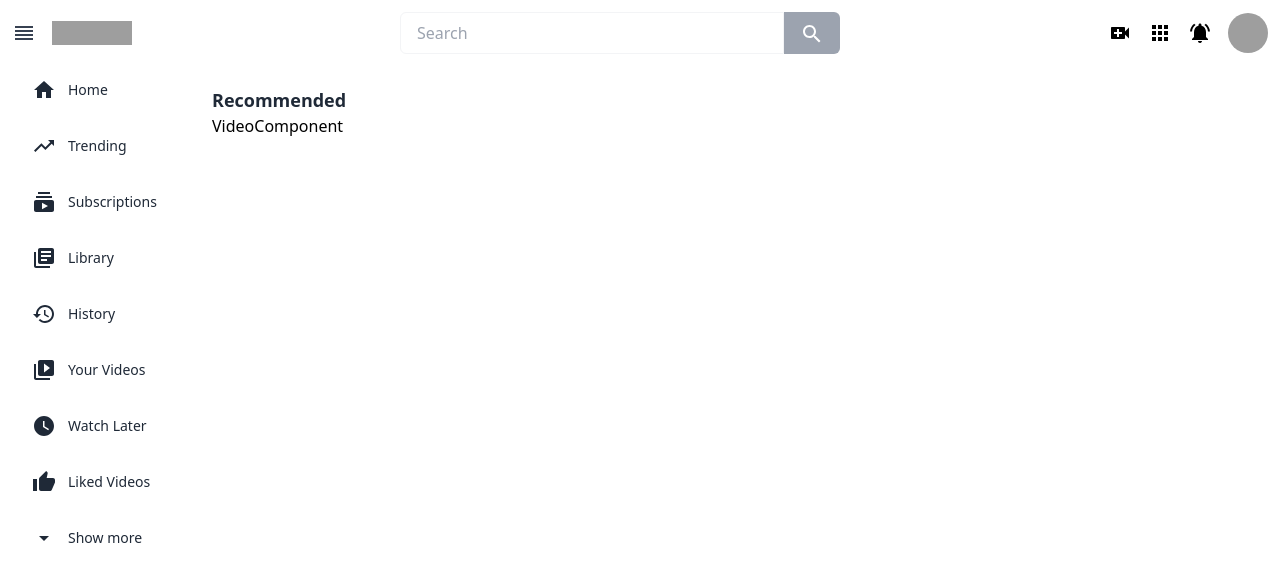
Repository: Shamraiz761/Youtube-clone
Page: /
These files come from the project's save history. The page is drawn as it stood at one moment and after a run of saves; the edit follows.
The browser window is 1280 px wide. The pictures show the whole page.
Pictures or frames that could not be fetched are drawn as grey boxes. The project was rebuilt for these pictures with package versions that can differ from the ones it lists, and the page was loaded fresh each time. Also part of the build but not shown: vite.config.js.

Above is the page before, as saved 2024-01-19 22:28:12.

### src/App.jsx

import React from 'react';
import Home from './pages/home/Home';
function App() {
  return (
    <div>
      <Home />
    </div>
  );
}

export default App;

### src/pages/home/Home.jsx
import React from "react";
import Navbar from "../../components/header/Navbar";
import Sidebar from "../../components/sidebar/Sidebar";
import RecommendedVideo from "../../components/video/RecommendedVideo";

function Home() {
  return (
    <div>
      <Navbar />
      <div className="flex">
      <Sidebar />
      <RecommendedVideo />
      </div>
    </div>
  );
}

export default Home;

### src/components/header/Navbar.jsx
import React from "react";
import ReorderIcon from "@material-ui/icons/Reorder";
import VideoCallIcon from "@material-ui/icons/VideoCall";
import AppsIcon from "@material-ui/icons/Apps";
import NotificationsActiveIcon from "@material-ui/icons/NotificationsActive";
import SearchIcon from '@material-ui/icons/Search';
const Navbar = () => {
  return (
    <nav className="p-3 sticky top-0 z-96 bg-white">
      <div className="container mx-auto flex flex-wrap justify-between items-center">
        {/* Logo */}
        <div className="text-white font-bold text-xl flex items-center flex-row">
          <ReorderIcon className="mr-4 size-5 text-gray-700 " />
          <img
            className="w-10 h-4 sm:w-20 sm:h-6"
            src="https://upload.wikimedia.org/wikipedia/commons/thumb/e/e1/Logo_of_YouTube_%282015-2017%29.svg/2560px-Logo_of_YouTube_%282015-2017%29.svg.png"
          />
        </div>

        {/* Search bar */}
        <div className="flex items-center">
          <input
            type="text"
            placeholder="Search"
            className="p-1 md:px-4 md:py-2 rounded-l-md border border-gray-100 focus:outline-none w-32 md:w-96"
          />
          <button className="bg-gray-400 p-1  md:px-4 md:py-2 rounded-r-md text-white">
            <SearchIcon />
          </button>
        </div>

        {/* User profile */}
        <div className="flex items-center flex-row space-x-2 md:space-x-4">
          <VideoCallIcon />
          <AppsIcon />
          <NotificationsActiveIcon />
          <img
          className="w-10 h-10 rounded-full"
          src="https://encrypted-tbn0.gstatic.com/images?q=tbn:ANd9GcT5e22dr8y5uGoiuiPB5wwHR3v8v43srFH0SUokZVWJug&s" />
        </div>
      </div>
    </nav>
  );
};

export default Navbar;

### src/components/sidebar/Sidebar.jsx
import TrendingUpIcon from '@material-ui/icons/TrendingUp';
import History from '@material-ui/icons/History';
import SubscriptionsIcon from '@material-ui/icons/Subscriptions';
import Home from '@material-ui/icons/Home';
import { Link } from 'react-router-dom';
import LibraryBooksIcon from '@material-ui/icons/LibraryBooks';
import VideoLibraryIcon from '@material-ui/icons/VideoLibrary';
import WatchLaterIcon from '@material-ui/icons/WatchLater';
import ThumbUpIcon from '@material-ui/icons/ThumbUp';
import ArrowDropDownIcon from '@material-ui/icons/ArrowDropDown';
import React from 'react';

const Sidebar = () => {
    const data = [
        {
            id: 1,
            title: 'Home',
            icon: <Home className='mr-3 hover:text-red-600'/>,
        },
        {
            id: 2,
            title: 'Trending',
            icon: <TrendingUpIcon className='mr-3 hover:text-red-600'/>,
        },
        {
            id: 3,
            title: 'Subscriptions',
            icon: <SubscriptionsIcon className='mr-3 hover:text-red-600'/>,
        },
        {
            id: 4,
            title: 'Library',
            icon: <LibraryBooksIcon className='mr-3 hover:text-red-600'/>,
        },
        {
            id: 5,
            title: 'History',
            icon: <History className='mr-3 hover:text-red-600'/>,
        },
        {
            id: 6,
            title: 'Your Videos',
            icon: <VideoLibraryIcon className='mr-3 hover:text-red-600'/>,
        },
        {
            id: 7,
            title: 'Watch Later',
            icon: <WatchLaterIcon className='mr-3 hover:text-red-600'/>,
        },
        {
            id: 8,
            title: 'Liked Videos',
            icon: <ThumbUpIcon className='mr-3 hover:text-red-600'/>,
        },
        {
            id: 9,
            title: 'Show more',
            icon: <ArrowDropDownIcon className='mr-3 hover:text-red-600'/>,
        },

    ]
  return (
    <div className="text-gray-800 bg-white w-48 flex flex-col h-[89vh]">

      <div className="flex-grow">
        <ul className="space-y-2 overflow-auto ">
            {
                data.map((item) => (

                        <li className={`pl-8 py-3 hover:bg-gray-200 hover:text-red-600 cursor-pointer flex items-center text-sm font-medium `}>

                            {item.icon}
                            {item.title}
                        </li>

                ))
            }

        </ul>
      </div>


    </div>
  );
};

export default Sidebar;

### src/components/video/RecommendedVideo.jsx
import React from 'react'
import VideoComponent from './VideoComponent'

function RecommendedVideo() {
  return (
    <div className='m-5 '>
      <h1 className='text-lg font-semibold text-gray-800'> Recommended</h1>
      <div className='grid grid-cols-1  md:grid-cols-4 gap-4 mt-'>
<VideoComponent />
      </div>
    </div>
  )
}

export default RecommendedVideo

### src/components/video/VideoComponent.jsx
import React from 'react'

function VideoComponent() {
  return (
    <div>VideoComponent</div>
  )
}

export default VideoComponent

Loaded but not shown: index.html (common file); src/main.jsx (common file); src/index.css (common file); tailwind.config.js (common file)

After the next 2 saves:
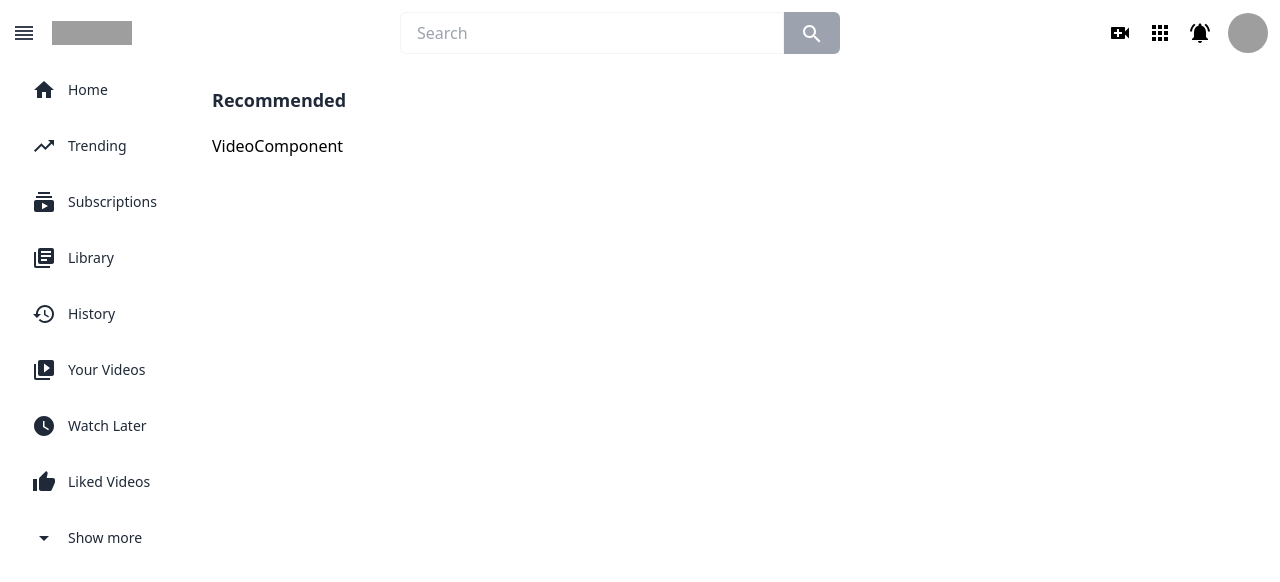
The 2 saves are shown as one change because they came seconds apart.
The last was saved 6 s later.
--- a/src/components/video/RecommendedVideo.jsx
+++ b/src/components/video/RecommendedVideo.jsx
@@ -5,7 +5,7 @@ function RecommendedVideo() {
   return (
     <div className='m-5 '>
       <h1 className='text-lg font-semibold text-gray-800'> Recommended</h1>
-      <div className='grid grid-cols-1  md:grid-cols-4 gap-4 mt-'>
+      <div className='grid grid-cols-1  md:grid-cols-4 gap-4 my-5'>
 <VideoComponent />
       </div>
     </div>
